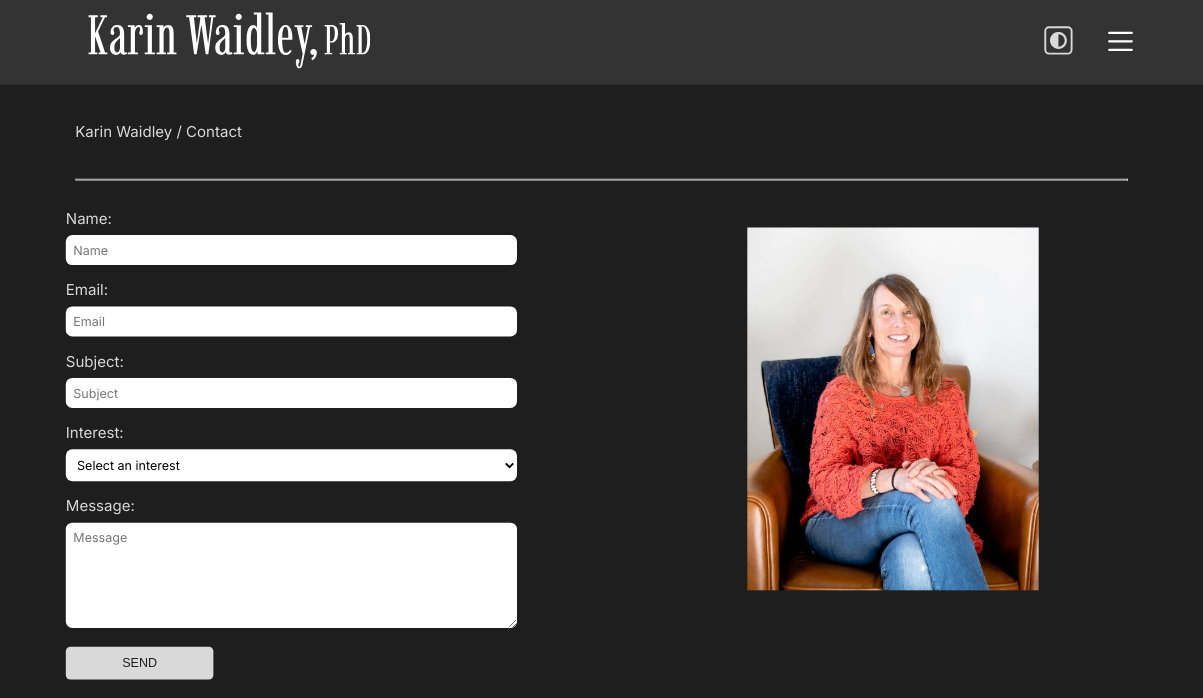
Repository: Ceasor7/Karin
Page: contact.html
The author's editor kept a copy of each file at every save. The page is drawn from the files as they stood at one save, then again after the next save.
The browser window is 1280 px wide. The pictures show the whole page, at 94% of full size.

Above is the page before, as saved 2023-12-16 00:41:54.

After the next save:
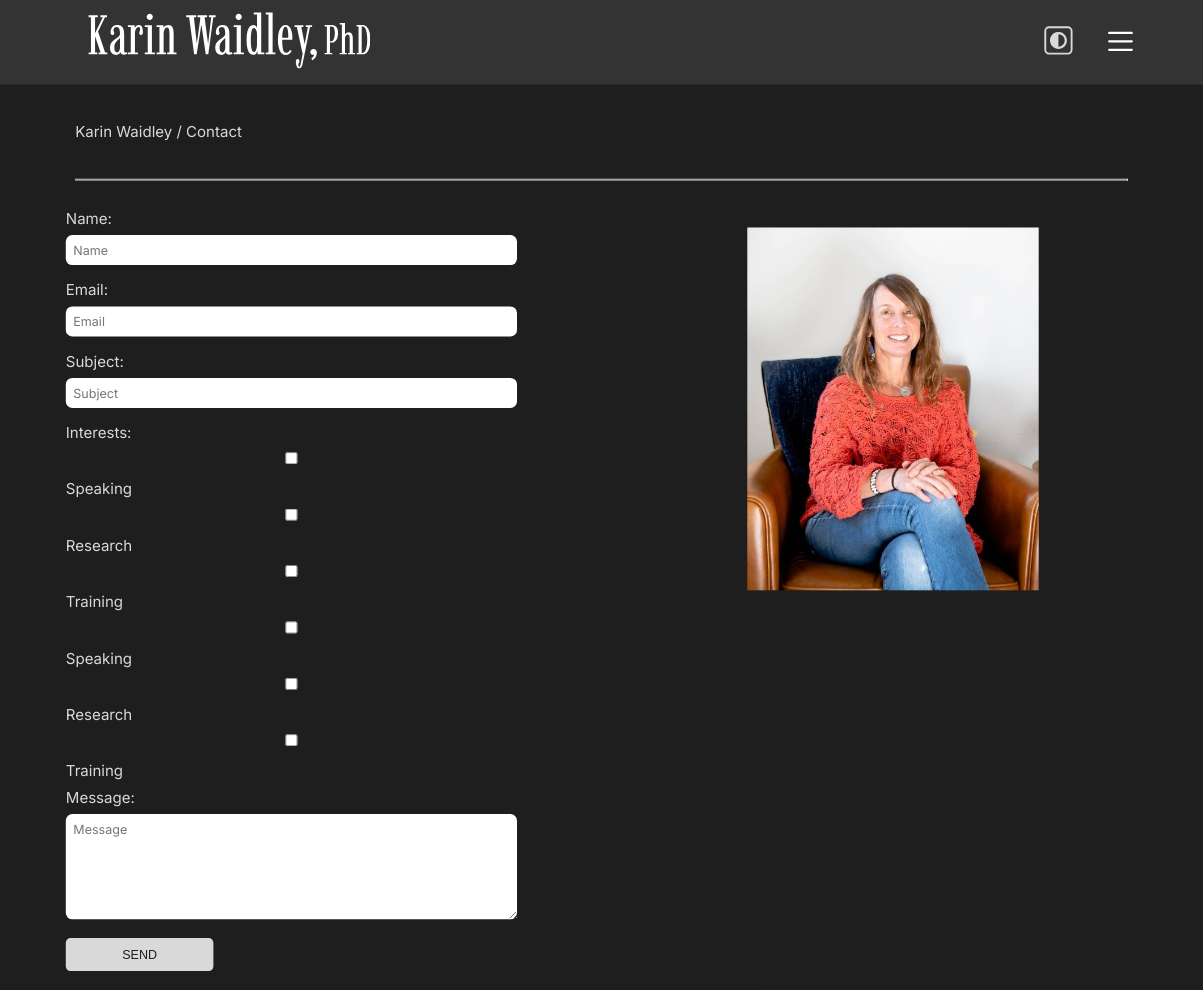
Saved 2 min 44 s later.
--- a/contact.html
+++ b/contact.html
@@ -271,17 +271,27 @@
                     <label for="subject">Subject:</label>
                     <input type="text" id="subject" placeholder="Subject" name="subject" required>
 
-                    <label for="interest">Interest:</label>
-                    <select id="interest" name="interest">
-                        <option value="">Select an interest</option>
-                        <option value="creative-production">Creative Production</option>
-                        <option value="research">Research</option>
-                        <option value="speaking">Speaking</option>
-                        <option value="teaching">Teaching</option>
-                        <option value="community-reach">Community Reach</option>
-                        <option value="board-community-input">Board and Committee input</option>
-                        <option value="something-else">Something else</option>
-                    </select>
+                    <label>Interests:</label>
+                    <div class="checkbox-group">
+                        <input type="checkbox" id="speaking" name="interests[]" value="speaking">
+                        <label for="speaking">Speaking</label>
+
+                        <input type="checkbox" id="research" name="interests[]" value="research">
+                        <label for="research">Research</label>
+
+                        <input type="checkbox" id="training" name="interests[]" value="training">
+                        <label for="training">Training</label>
+                    </div>
+                    <div class="checkbox-group">
+                        <input type="checkbox" id="speaking" name="interests[]" value="speaking">
+                        <label for="speaking">Speaking</label>
+
+                        <input type="checkbox" id="research" name="interests[]" value="research">
+                        <label for="research">Research</label>
+
+                        <input type="checkbox" id="training" name="interests[]" value="training">
+                        <label for="training">Training</label>
+                    </div>
 
                     <label for="message">Message:</label>
                     <textarea id="message" placeholder="Message" name="message" rows="6" required></textarea>
